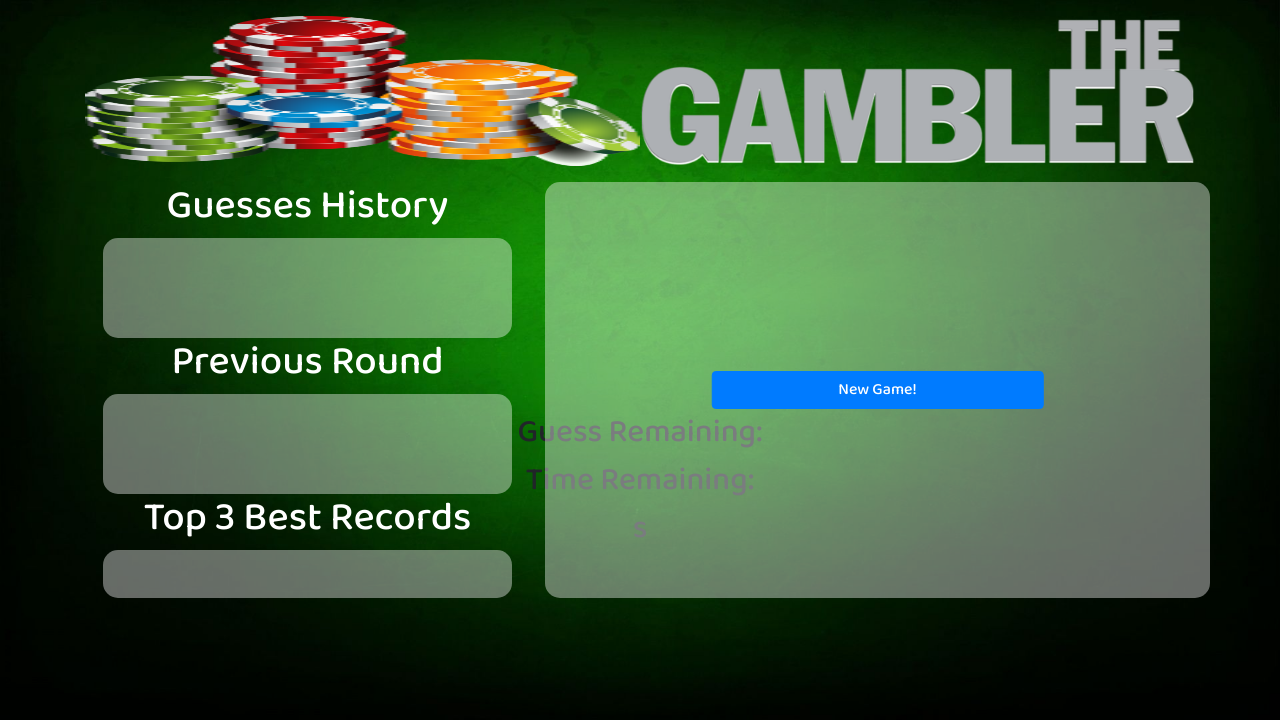
Repository: tts2610/TheCheapShootingGame
Page: index.html
An editor plug-in stored every save of this project. The page is shown before and after the next save, followed by the edit.
The browser window is 1280 px wide. The pictures show the whole page.

Above is the page before, as saved 2020-05-15 12:19:48.

After the next save:
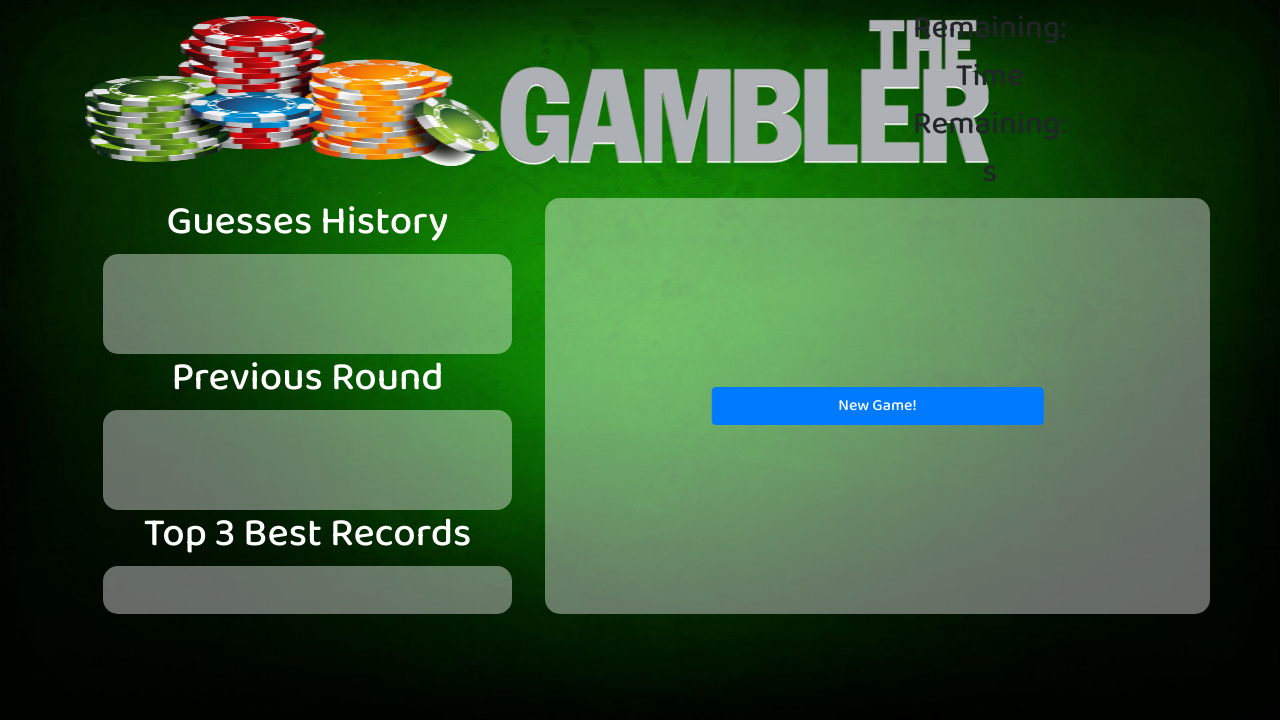
Saved 14 s later.
--- a/css/style.css
+++ b/css/style.css
@@ -72,9 +72,9 @@ h1 {
 
 .result {
     width: 50%;
-    position: absolute;
+    /* position: absolute;
     top: 65%;
-    left: 50%;
+    left: 50%; */
     transform: translate(-50%, -50%);
     font-size: xx-large;
     text-align: center;
